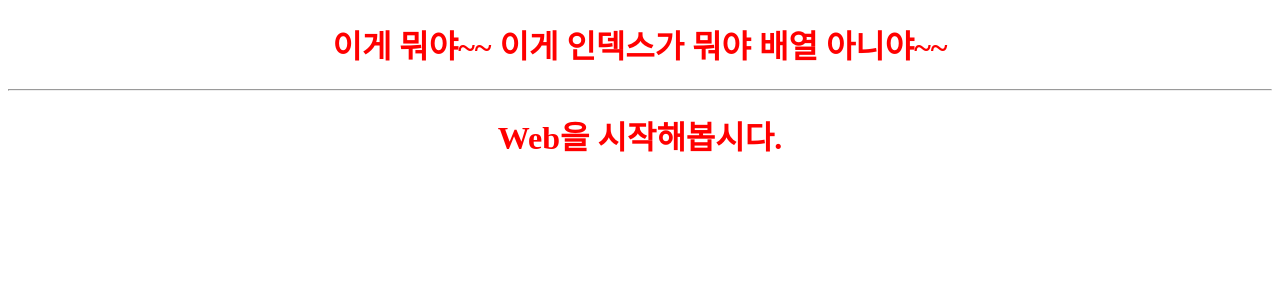
Repository: Rostreaca/0922_Web
Page: MyFirstWebProject/src/main/webapp/WEB-INF/index.html
These files come from the project's save history. The page is drawn as it stood at one moment and after the next save; the edit follows.
The browser window is 1280 px wide. The pictures show the whole page.

Above is the page before, as saved 2025-09-22 07:11:28.

After the next save:
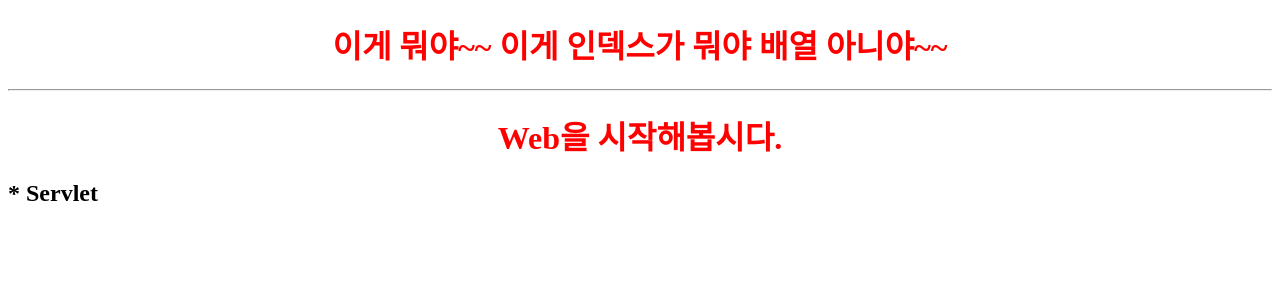
Saved 23 s later.
--- a/MyFirstWebProject/src/main/webapp/WEB-INF/index.html
+++ b/MyFirstWebProject/src/main/webapp/WEB-INF/index.html
@@ -86,6 +86,7 @@
 
 	<h1>Web을 시작해봅시다.</h1>
 
+	<h2> * Servlet </h2>
 
 
 </body>
